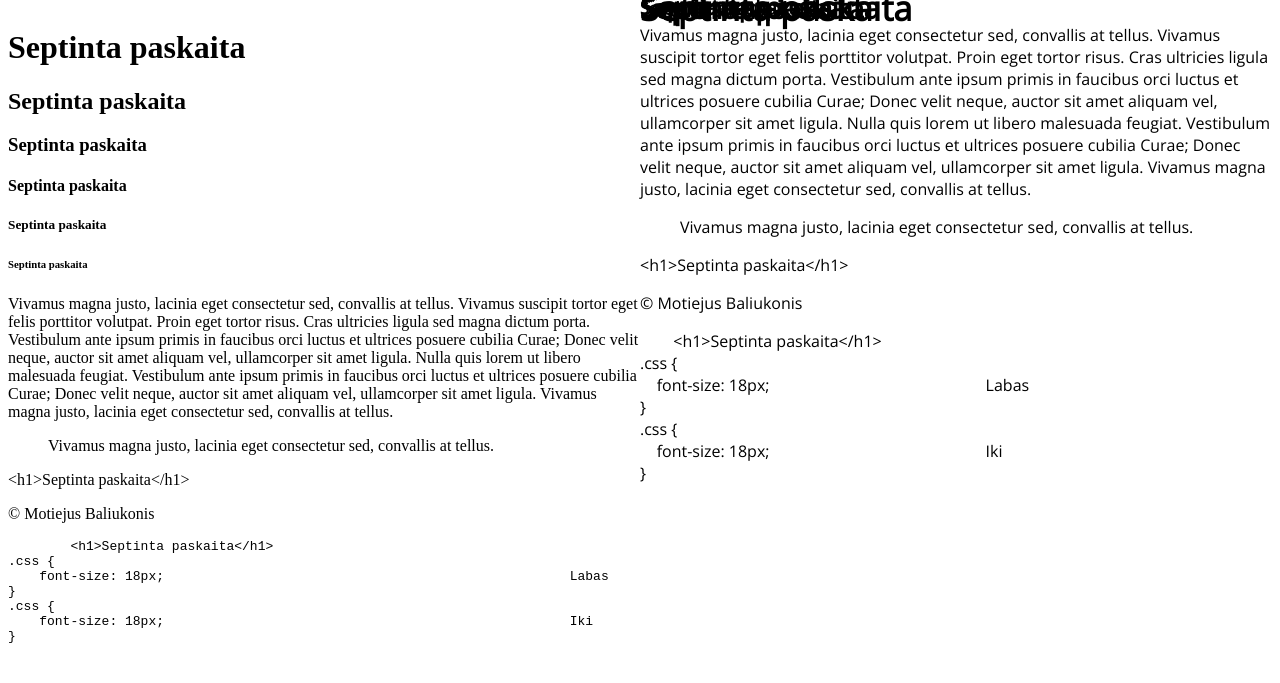
Repository: motiejus1/07-paskaita-05.31
Page: index.html
An editor plug-in stored every save of this project. The page is shown before and after a run of saves, followed by the edit.
The browser window is 1280 px wide. The pictures show the whole page.

Above is the page before, as saved 2021-06-10 19:58:27.

After the next 2 saves:
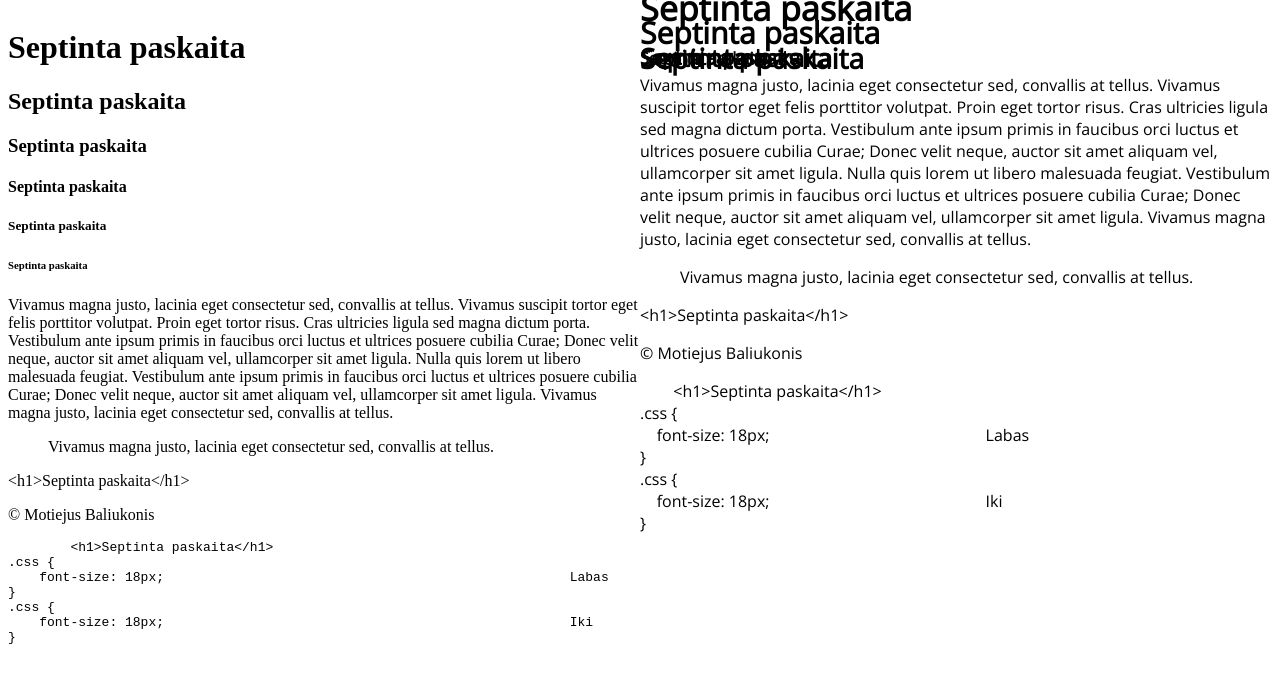
The 2 saves are shown as one change because they came seconds apart.
The last was saved 5 s later.
--- a/index.html
+++ b/index.html
@@ -27,7 +27,7 @@
             font-family: 'Open Sans', sans-serif;
         }
 
-        .right h1, h2, .right h3, .right h4, .right h5, .right h6 {
+        .right h1, .right0 h2, .right h3, .right h4, .right h5, .right h6 {
             margin: 0;
         }
 
